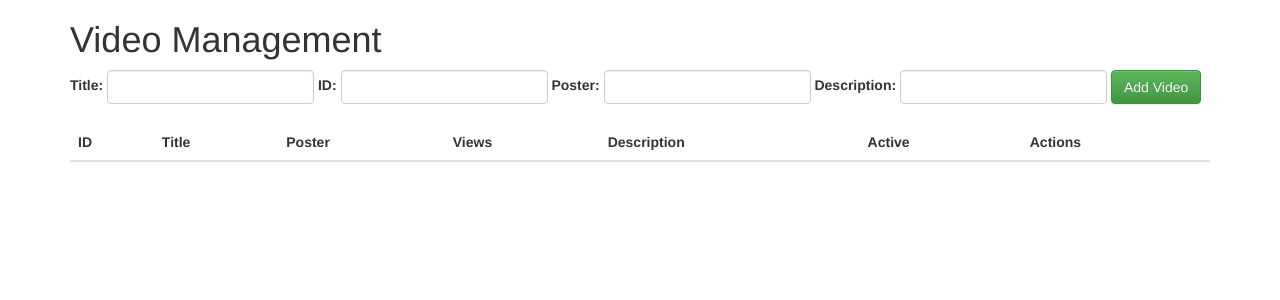
Repository: Hacorbie/Java-Servlet
Page: http://localhost/ASM_JV4/views/User.jsp
An editor plug-in stored every save of this project. The page is shown before and after the next save, followed by the edit.
The browser window is 1280 px wide. The pictures show the whole page.
Some web libraries are served in a nearby version. The page is served by Tomcat 9. Other server files are loaded and not shown. The template is opened directly, without the code that normally fills it, so the values that code supplies are empty.

Above is the page before, as saved 2023-04-08 17:06:33.

### ASM_JV4/src/main/webapp/views/User.jsp
<%@ page language="java" contentType="text/html; charset=UTF-8" pageEncoding="UTF-8" %>
<%@ taglib uri="http://java.sun.com/jsp/jstl/core" prefix="c" %>
<!DOCTYPE html>
<html>
<head>
    <meta charset="UTF-8">
    <title>Video Management</title>
    <!-- Thêm các file CSS Bootstrap -->
    <link rel="stylesheet" href="https://maxcdn.bootstrapcdn.com/bootstrap/3.3.7/css/bootstrap.min.css">
    <link rel="stylesheet" href="https://maxcdn.bootstrapcdn.com/bootstrap/3.3.7/css/bootstrap-theme.min.css">
</head>
<body>
    <div class="container">
        <h1>Video Management</h1>
        <!-- Form thêm mới video -->
        <form method="post" action="VideoController" class="form-inline">
            <input type="hidden" name="action" value="add">
            <div class="form-group">
                <label for="title">Title:</label>
                <input type="text" class="form-control" id="title" name="title" required>
            </div>
            <div class="form-group">
                <label for="ID">ID:</label>
                <input type="text" class="form-control" id="ID" name="ID" required>
            </div>
            <div class="form-group">
                <label for="poster">Poster:</label>
                <input type="text" class="form-control" id="poster" name="poster" required>
            </div>
            <div class="form-group">
                <label for="description">Description:</label>
                <input type="text" class="form-control" id="description" name="description" required>
            </div>
            <button type="submit" class="btn btn-success">Add Video</button>
        </form>
        <br>
        <!-- Bảng hiển thị danh sách video -->
        <table class="table">
            <thead>
                <tr>
                    <th>ID</th>
                    <th>Title</th>
                    <th>Poster</th>
                    <th>Views</th>
                    <th>Description</th>
                    <th>Active</th>
                    <th>Actions</th>
                </tr>
            </thead>
            <tbody>
                <c:forEach var="video" items="${videos}">
                    <tr>
                        <td>${video.id}</td>
                        <td>${video.title}</td>
                        <td>${video.poster}</td>
                        <td>${video.views}</td>
                        <td>${video.description}</td>
                        <td>${video.active}</td>
                        <td>
                            <!-- Form chỉnh sửa video -->
                            <form method="post" action="VideoController" class="form-inline">
                                <input type="hidden" name="action" value="edit">
                                <input type="hidden" name="id" value="${video.id}">
                                <div class="form-group">
                                    <label for="title">Title:</label>
                                    <input type="text" class="form-control" id="title" name="title" value="${video.title}" required>
                                </div>
                                <div class="form-group">
                                    <label for="poster">Poster:</label>
                                    <input type="text" class="form-control" id="poster" name="poster" value="${video.poster}" required>
                                </div>
                                <div class="form-group">
                                    <label for="description">Description:</label>
<input type="text" class="form-control" id="description" name="description" value="${video.description}" required>
</div>
<div class="form-group">
<label for="views">Views:</label>
<input type="number" class="form-control" id="views" name="views" value="${video.views}" required>
</div>
<div class="form-group">
<label for="active">Active:</label>
<input type="checkbox" id="active" name="active" <c:if test="${video.active}">checked</c:if>>
</div>
<button type="submit" class="btn btn-primary">Update</button>
</form>
<!-- Form xóa video -->
<form method="post" action="VideoController" class="form-inline">
<input type="hidden" name="action" value="delete">
<input type="hidden" name="id" value="${video.id}">
<button type="submit" class="btn btn-danger">Delete</button>
</form>
</td>
</tr>
</c:forEach>
</tbody>
</table>
</div>
<!-- Thêm các file JavaScript Bootstrap -->
<script src="https://ajax.googleapis.com/ajax/libs/jquery/3.2.1/jquery.min.js"></script>
<script src="https://maxcdn.bootstrapcdn.com/bootstrap/3.3.7/js/bootstrap.min.js"></script>

</body>
</html>

After the next save:
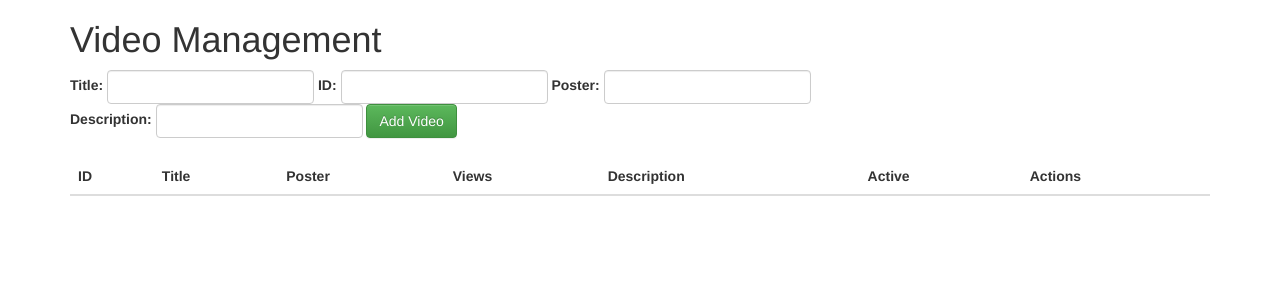
Saved 27 s later.
--- a/ASM_JV4/src/main/webapp/views/User.jsp
+++ b/ASM_JV4/src/main/webapp/views/User.jsp
@@ -26,7 +26,7 @@
             <div class="form-group">
                 <label for="poster">Poster:</label>
                 <input type="text" class="form-control" id="poster" name="poster" required>
-            </div>
+            </div><br>
             <div class="form-group">
                 <label for="description">Description:</label>
                 <input type="text" class="form-control" id="description" name="description" required>
